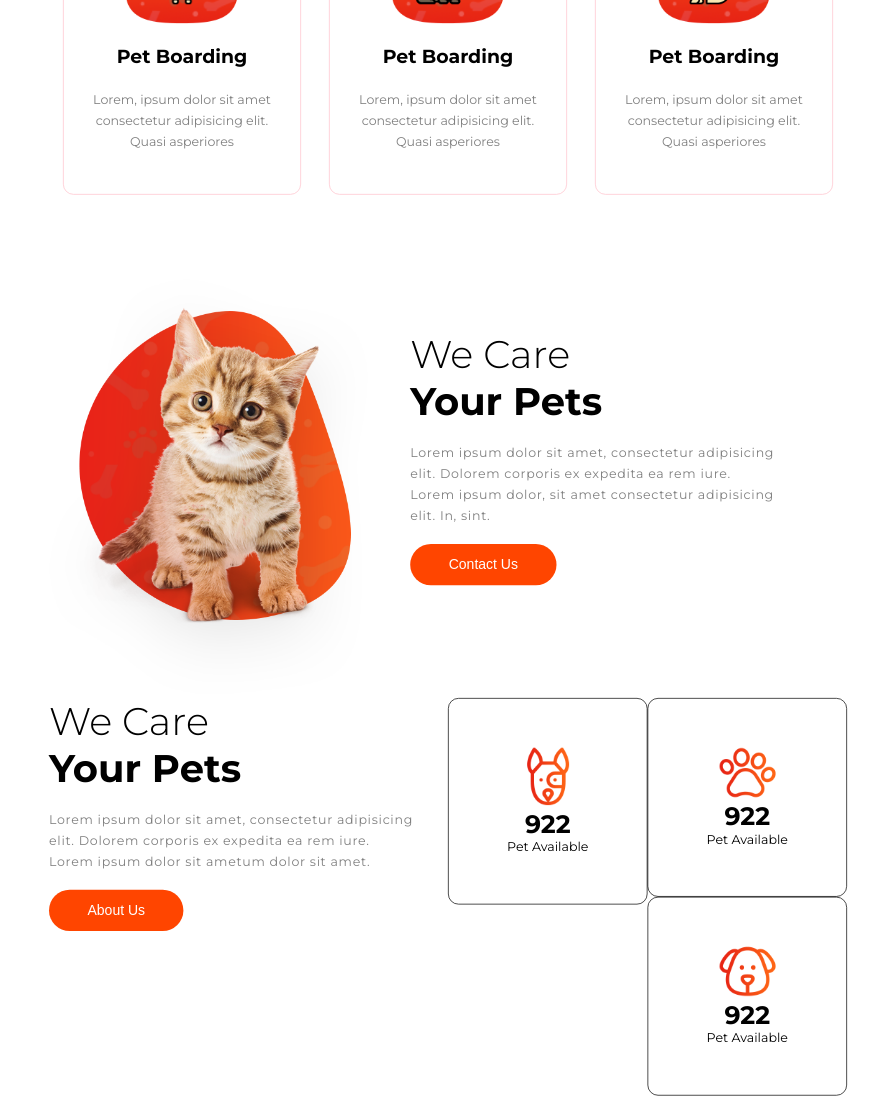
Repository: giahuy405/Day_2_Anipat
Page: index.html
These files come from the project's save history. The page is drawn as it stood at one moment and after the next save; the edit follows.
The browser window is 1280 px wide. The pictures show the part of the page from y = 1343 to 3263 px (the page is 2908 px tall before and 3263 px after), at 70% of full size.

Above is the page before, as saved 2022-09-08 23:51:39.

### index.html
<!DOCTYPE html>
<html lang="en">
<head>
    <meta charset="UTF-8">
    <meta http-equiv="X-UA-Compatible" content="IE=edge">
    <meta name="viewport" content="width=device-width, initial-scale=1.0">
    <title>Anipat</title>
    <link rel="stylesheet" href="https://cdnjs.cloudflare.com/ajax/libs/font-awesome/6.2.0/css/all.min.css">
    <link href="https://fonts.googleapis.com/css2?family=Montserrat:wght@300;400;500;700&display=swap" rel="stylesheet">
    <link rel="stylesheet" href="./css/index.css">
</head>
<body>
    <header>
        <div class="header-top">
            <div class="container">
                <div class="header__contact">
                    <a href="#">+880 4664 216 </a>
                    <span>Mon - Sat 10:00 - 7:00</span>
                </div>
                <div class="header__social">
                    <ul>
                        <li><a href="#"><i class="fa-brands fa-facebook-f"></i></a></li>
                        <li><a href="#"><i class="fa-brands fa-pinterest-p"></i></a></li>
                        <li><a href="#"><i class="fa-brands fa-google-plus-g"></i></a></li>
                        <li><a href="#"><i class="fa-brands fa-linkedin-in"></i></a></li>
                    </ul>
                </div>
                <div class="clear"></div>
            </div>
        </div>
        <div class="header-bottom container">
            <img src="./img/logo.png" alt="Logo">
            <ul>
                <li><a href="#">Home</a></li>
                <li><a href="#">About</a></li>
                <li><a href="#">Blog</a></li>
                <li><a href="#">Pages</a></li>
                <li><a href="#">Services</a></li>
                <li><a href="#">Contact</a></li>
            </ul>
            <div class="clear"></div>
        </div>

    </header>
    <div class="carousel">
        <div class="container">
            <div class="carousel__content">
                <h1>We Care</h1>
                <h2>Your Pets</h2>
                <p>Lorem ipsum dolor sit amet, consectetur adipisicing elit. Dolorem corporis ex expedita ea rem iure.</p>
                <button>Contact Us</button>
            </div>
            <div class="carousel__dog">
                <img src="./img/dog.png" alt="Dog">
            </div>
            <div class="clear"></div>
        </div>
    </div>
    <div class="service">
        <div class="service-top">
            <h1>Services for every dog</h1>
            <p>Lorem ipsum dolor sit amet, consectetur adipiscing elit, sed do eiusmod tempor incididunt ut labore et dolore magna</p>
        </div>
        <div class="service-bottom container">
            <div class="service-card">
                <div class="service__item">
                    <div class="service__background">
                        <img src="./img/service_icon_1.png" alt="">
                    </div>
                    <h2>Pet Boarding</h2>
                    <p>Lorem, ipsum dolor sit amet consectetur adipisicing elit. Quasi asperiores</p>
                </div>
            </div>
            <div class="service-card">
                <div class="service__item">
                    <div class="service__background">
                        <img src="./img/service_icon_2.png" alt="">
                    </div>
                    <h2>Pet Boarding</h2>
                    <p>Lorem, ipsum dolor sit amet consectetur adipisicing elit. Quasi asperiores</p>
                </div>
            </div>
            <div class="service-card">
                <div class="service__item">
                    <div class="service__background">
                        <img src="./img/service_icon_3.png" alt="">
                    </div>
                    <h2>Pet Boarding</h2>
                    <p>Lorem, ipsum dolor sit amet consectetur adipisicing elit. Quasi asperiores</p>
                </div>
            </div>
            <div class="clear"></div>
        </div>
    </div>
    <div class="netcare container">
        <div class="netcare__cat">
            <img src="./img/pet_care.png" alt="pet care">
        </div>
        <div class="netcare__content">
                <h1>We Care</h1>
                <h2>Your Pets</h2>
                <p>Lorem ipsum dolor sit amet, consectetur adipisicing elit. Dolorem corporis ex expedita ea rem iure. Lorem ipsum dolor, sit amet consectetur adipisicing elit. In, sint.</p>
                <button>Contact Us</button>
        </div>
        <div class="clear"></div>
    </div>
    <div class="care">
        <div class="container">
            <div class="care__content">
                <h1>We Care</h1>
                <h2>Your Pets</h2>
                <p>Lorem ipsum dolor sit amet, consectetur adipisicing elit. Dolorem corporis ex expedita ea rem iure. Lorem ipsum dolor sit ametum dolor sit amet.</p>
                <button>About Us</button>
            </div>
            <div class="care__items">
                <div class="care__item">
                    <div class="care__card care__card--left">
                        <div class="care__desc">
                            <img src="./img/1.png" alt="">
                            <h1>922</h1>
                            <p>Pet Available</p>
                        </div>
                    </div>
                </div>
                <div class="care__item">
                    <div class="care__card">
                        <div class="care__desc">
                            <img src="./img/2.png" alt="">
                            <h1>922</h1>
                            <p>Pet Available</p>
                        </div>
                    </div>
                    <div class="care__card">
                        <div class="care__desc">
                            <img src="./img/3.png" alt="">
                            <h1>922</h1>
                            <p>Pet Available</p>
                        </div>
                    </div>
                </div>
                <div class="clear"></div>
            </div>
            <div class="clear"></div>
        </div>
    </div>
</body>
</html>

### css/index.css
*{
    padding: 0;
    margin: 0;
    box-sizing: border-box;
}
.clear{
    clear: both;
}
html{
    font-size: 18px;
    font-family: 'Montserrat', sans-serif;
}
.container{
    width: 1140px;
    margin: 0 auto;
}
.header__contact{
    float: left;
}
.header__social{
    float: right;
}
.header-top{
    background-color: black;
    padding: 15px;
}
.header__contact a{
     color: white;
     text-decoration: none;
     transition: all 0.2s;
}
.header__contact a:hover{
    color: red;
}
.header__contact span{
    color: white;
    margin-left: 35px;
}
.header__social ul,.header-bottom ul{
    list-style: none;
}
.header__social li,.header-bottom li{
    display: inline;
    margin-left: 35px;
}
.header__social i{
    color: white;
    transition: all 0.2s;
}
.header__social i:hover{
    color: red;
}
.header-bottom ul{
    float: right;
}
.header-bottom a{
    text-decoration: none;
    font-weight: bold;
    color: black;
    transition: all 0.2;
    line-height: 40px;
}
.header-bottom a:hover{
    color: red;
}
.header-bottom{
    padding: 20px 0;
}
.carousel{
    background-image: url(../img/banner.png);
    background-position: center bottom;
    background-repeat: no-repeat;
    background-size: 100%;
    height: 600px;
    position: relative;
    margin-bottom: 150px;
}
.carousel__content{
    float: left;
    width: 33%;
    padding-top: 100px;
}
.carousel__dog{
    float: left;
    width: 67%;
    position: absolute;
    top: -10px;
    left: 315px;
    padding: 30px;
}
.carousel__content h1{
    color: white;
    font-size: 70px;
    font-weight: 300;
}
.carousel__content h2{
    color: white;
    font-size: 70px;
    font-weight: 700;
}
.carousel__content p{
    color: white;
    line-height: 30px;
    letter-spacing: 1px;
    margin: 20px 0;
}
.carousel__content button{
    padding: 19px 50px;
    border-radius: 30px;
    border: none;
    font-size: 18px;
    background-color: white;
    color: orangered;
    cursor: pointer;
}
.carousel__content button:hover{
    background-color: orangered;
    color: white;
}
.carousel__dog img{
    width: 100%;

}
.service{
    text-align: center;
    margin-bottom: 100px;
}
.service-top h1{
    font-weight: 500;
    font-size: 50px;
    margin-bottom: 15px;
}
.service-top p{
    padding: 0 300px;
    color: grey;
}
.service-top{
    margin-bottom: 150px;
}
.service-card{
    float: left;
    width: 33.3333%;
}
.service__background{
    background-image: url(../img/service_icon_bg_1.png);
    width: 161px;
    height: 143px;
    background-position: center;
    margin: 0 auto;
}
.service__item{
    border: 1px solid pink;
    border-radius: 15px;
    padding: 60px 40px;
}
.service-card{
    padding: 20px;
}
.service__item img{
    padding-top: 35px;
}
.service__item h2{
    margin: 30px 0;
}
.service__item p{
    color: grey;
    line-height: 30px;
}
.netcare__cat{
    float: left;
    width: 40%;
}
.netcare__content{
    float: left;
    width: 60%;
    padding-right: 100px;
    padding-top: 75px;
    padding-left: 60px;
}
.netcare__cat img{
    width: 100%;
}
.netcare__content h1,.care__content h1{
    color: black;
    font-size: 55px;
    font-weight: 300;
}
.netcare__content h2,.care__content h2{
    color: black;
    font-size: 55px;
    font-weight: 700;
}
.netcare__content p,.care__content p{
    color: grey;
    line-height: 30px;
    letter-spacing: 1px;
    margin: 25px 0;
}
.netcare__content button,.care__content button{
    padding: 18px 55px;
    border-radius: 30px;
    border: none;
    background-color: orangered;
    color: white;
    font-size: 20px;
    cursor: pointer;
    transition: all 0.2s;
}
.netcare__content button:hover,.care__content  button:hover{
    background-color: white;
    border: 1px solid orangered;
    color: orangered;
}
.care__content,.care__items,.care__item{
    float: left;
    width: 50%;
}
.care__content{
    padding-right: 50px;
}
.care__desc{
    border: 1px solid black;
    border-radius: 15px;
   padding: 70px 30px;
}
.care__card{
    text-align: center;
}

After the next save:
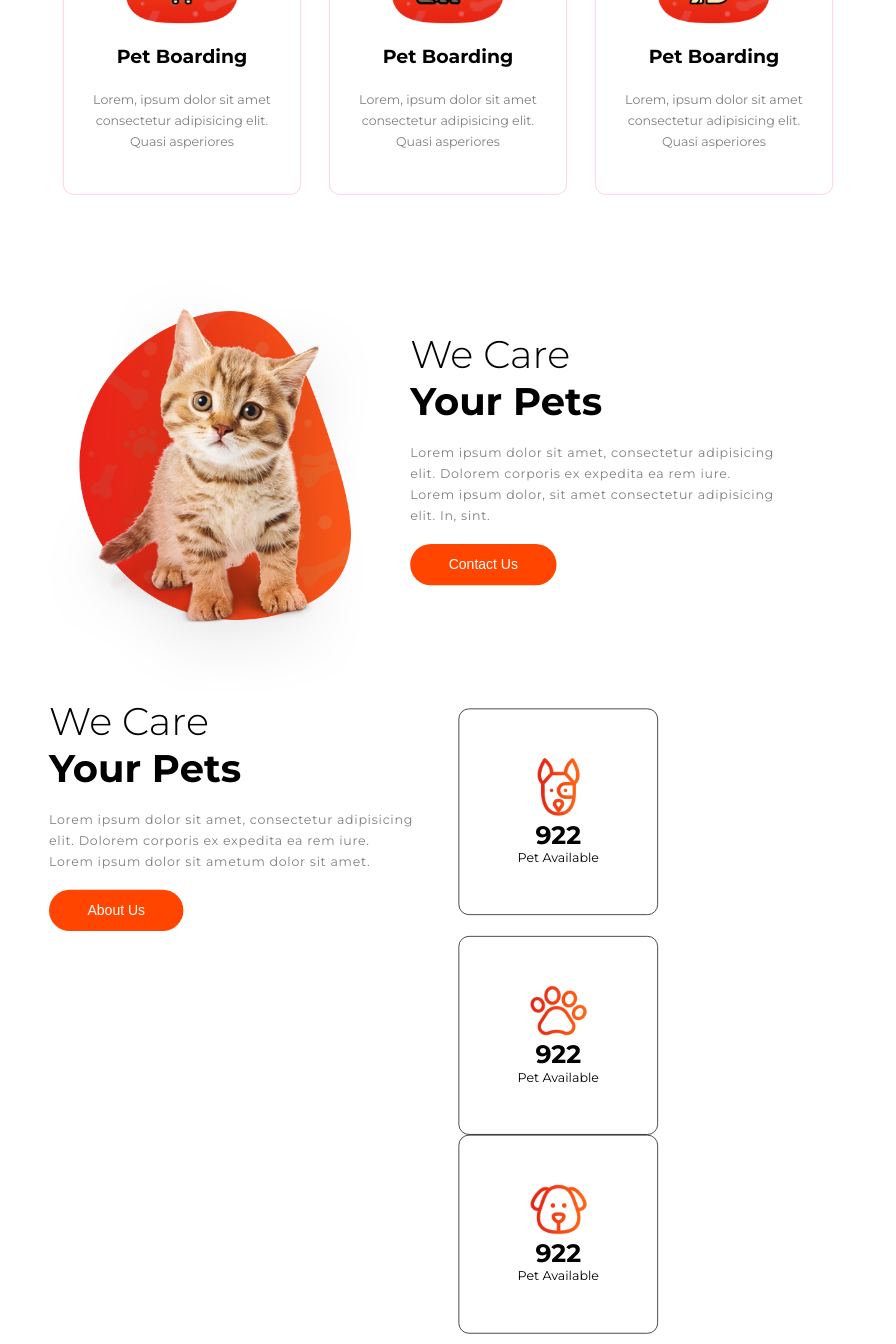
Saved 29 s later.
--- a/css/index.css
+++ b/css/index.css
@@ -226,3 +226,6 @@ html{
 .care__card{
     text-align: center;
 }
+.care__item{
+    margin: 15px;
+}

After the save that followed:
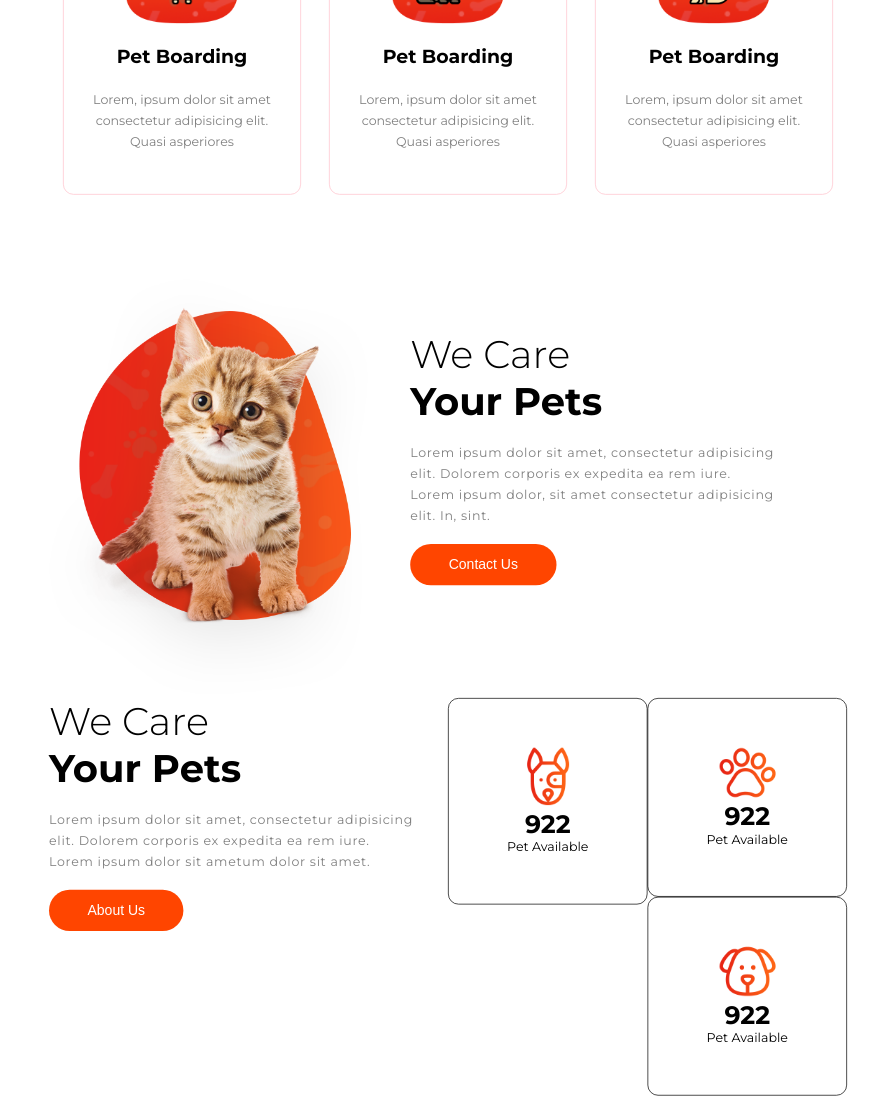
Saved 4 s later.
--- a/css/index.css
+++ b/css/index.css
@@ -227,5 +227,5 @@ html{
     text-align: center;
 }
 .care__item{
-    margin: 15px;
-}
+
+}
